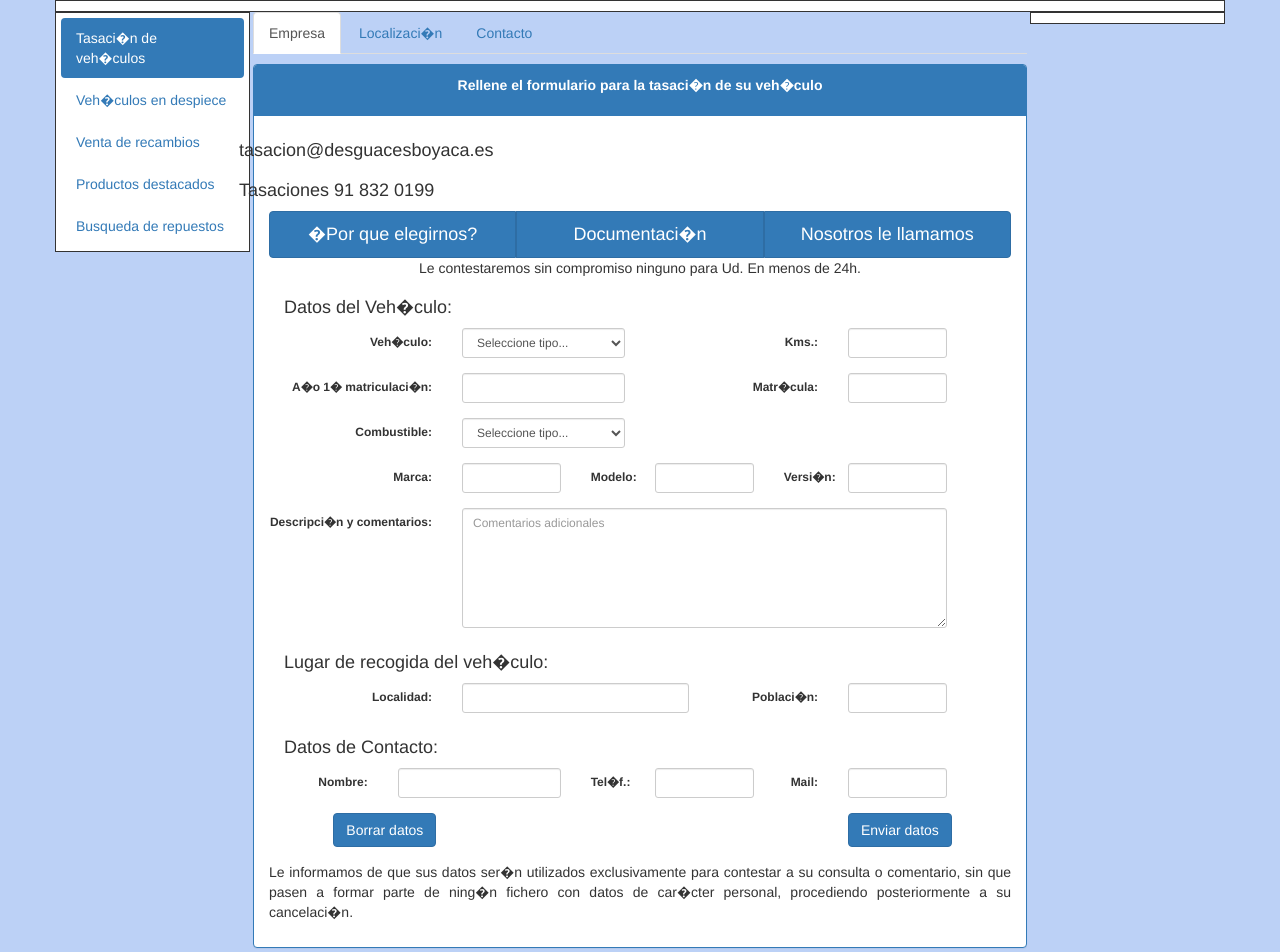
Repository: surrius/pruBoyaca
Page: http://localhost/
An editor plug-in stored every save of this project. The page is shown before and after the next save, followed by the edit.
The browser window is 1280 px wide. The pictures show the part of the page from y = 0 to 952 px (the page is 2749 px tall before and 2709 px after).
The page is run by PHP 8.4 with error messages shown; the project is at /var/www/html/.

Above is the page before, as saved 2016-03-02 11:45:11.

After the next save:
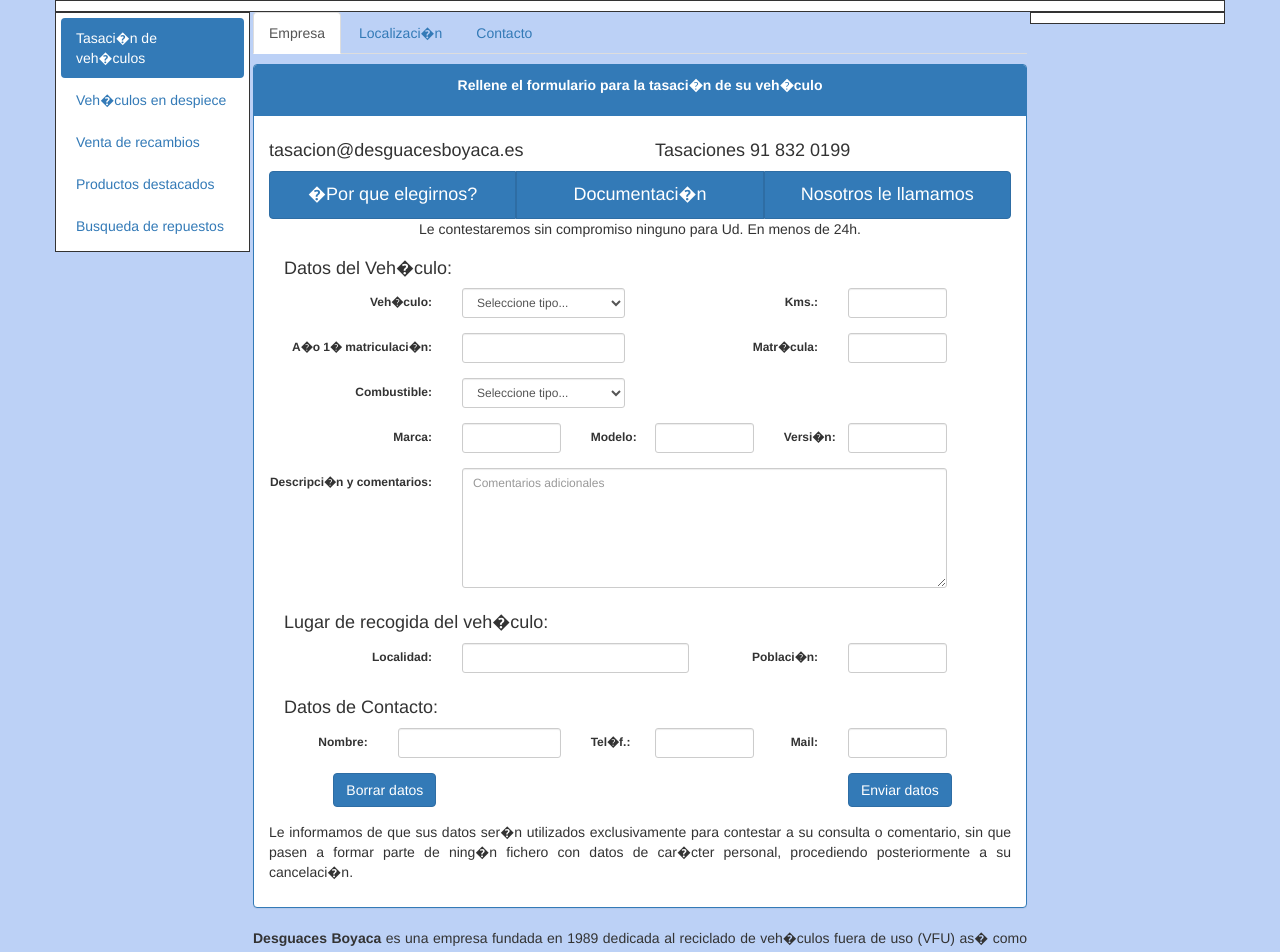
Saved 18 s later.
--- a/Boyaca/includes/menu2/tasacion.php
+++ b/Boyaca/includes/menu2/tasacion.php
@@ -6,10 +6,10 @@
 	</div>
 	<div class="panel-body">
 		<div class="row">
-			<div class="row">
+			<div class="col-sm-6">
 				<h4>tasacion@desguacesboyaca.es</h4>
 			</div>
-			<div class="row">
+			<div class="col-sm-6">
 				<h4>Tasaciones 91 832 0199</h4>
 			</div>
 		</div>
